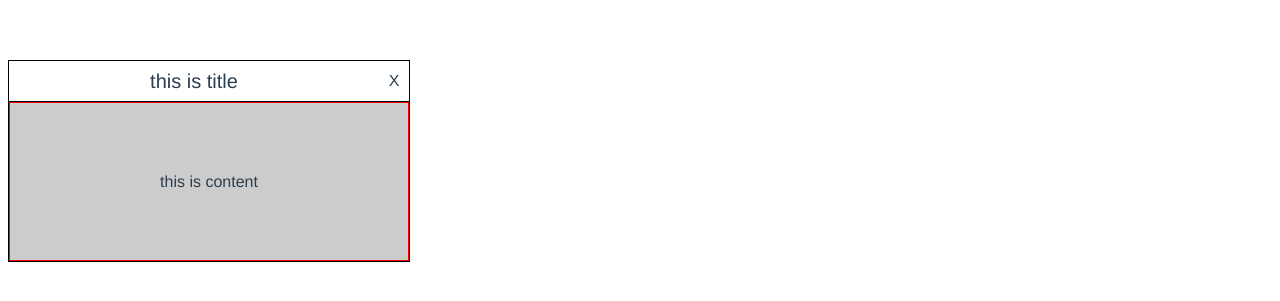
Repository: iulucky6/yf_messageBox
Page: /
An editor plug-in stored every save of this project. The page is shown before and after the next save, followed by the edit.
The browser window is 1280 px wide. The pictures show the whole page.
The project was rebuilt for these pictures with package versions that can differ from the ones it lists, and the page was loaded fresh each time. Also part of the build but not shown: src/components/HelloWorld.vue.

Above is the page before, as saved 2023-09-14 11:31:00.

After the next save:
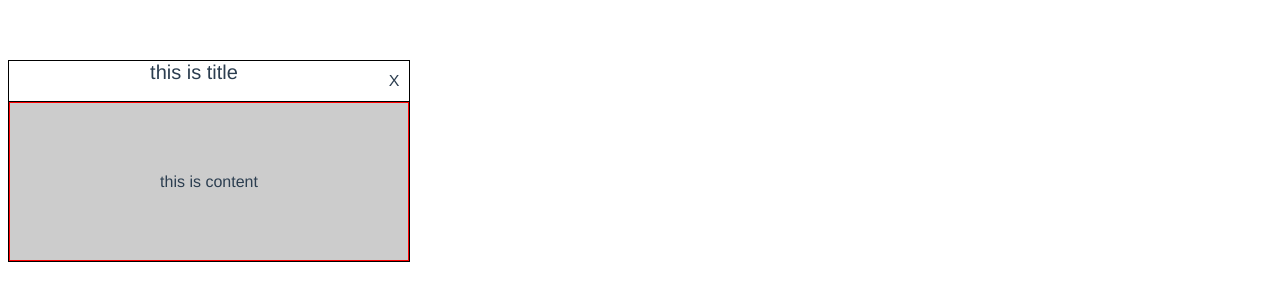
Saved 28 s later.
--- a/src/components/MessageBox/index.vue
+++ b/src/components/MessageBox/index.vue
@@ -50,6 +50,7 @@
     height: 40px;
     .title {
       flex: 1;
+      align-self: flex-start;
       font-size: 20px;
     }
     .close {

After the save that followed:
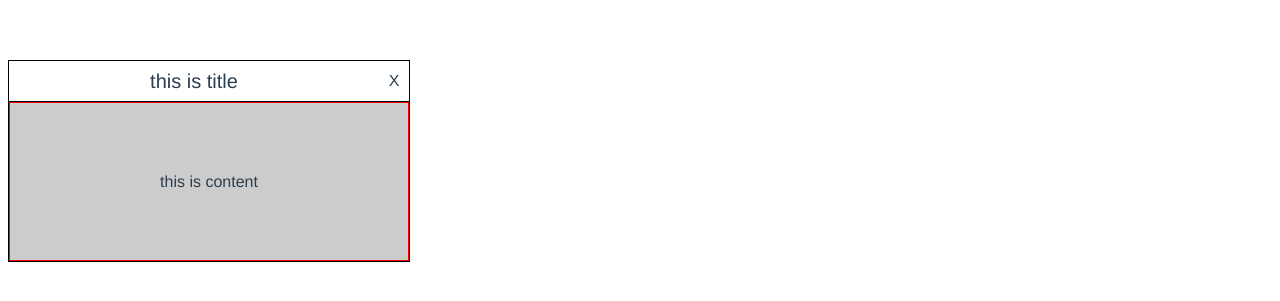
Saved 38 s later.
--- a/src/components/MessageBox/index.vue
+++ b/src/components/MessageBox/index.vue
@@ -50,7 +50,7 @@
     height: 40px;
     .title {
       flex: 1;
-      align-self: flex-start;
+      justify-content: flex-start;
       font-size: 20px;
     }
     .close {
